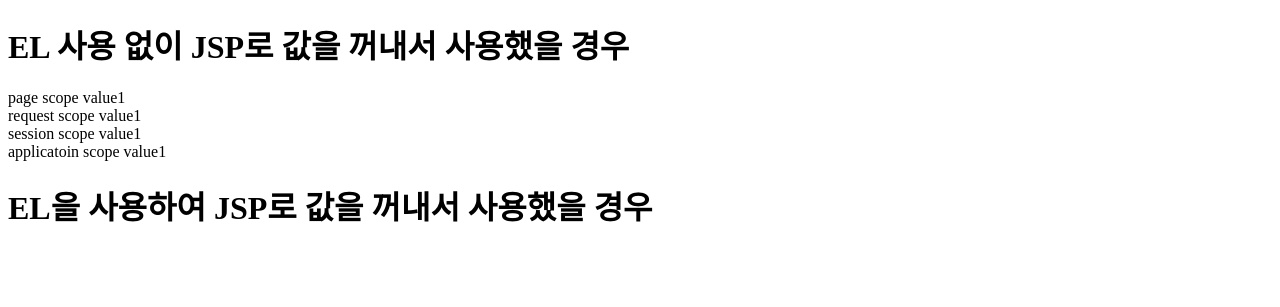
Repository: SHIN-HANBEEN/boostcourse
Page: http://localhost/firstweb/el01.jsp
An editor plug-in stored every save of this project. The page is shown before and after the next save, followed by the edit.
The browser window is 1280 px wide. The pictures show the whole page.
The page is served by Tomcat 10.

Above is the page before, as saved 2023-07-18 02:57:04.

After the next save:
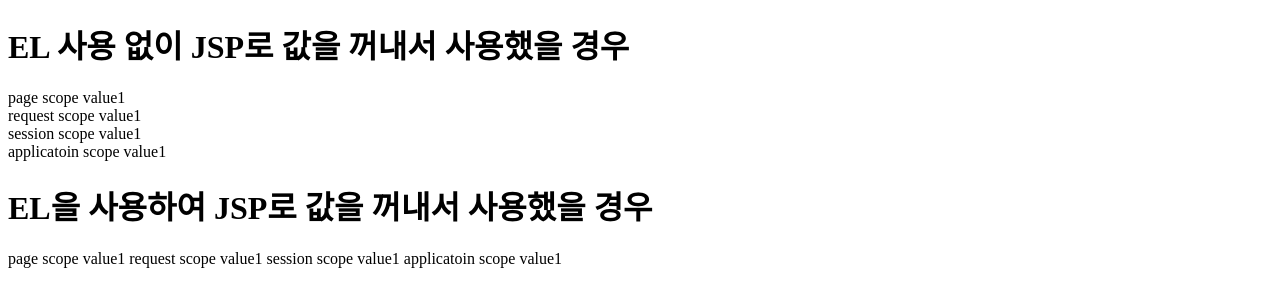
Saved 32 s later.
--- a/firstweb/src/main/webapp/el01.jsp
+++ b/firstweb/src/main/webapp/el01.jsp
@@ -20,6 +20,9 @@
 <%=application.getAttribute("a1") %> <br>
 
 <h1>EL을 사용하여 JSP로 값을 꺼내서 사용했을 경우</h1>
-
+${p1 }
+${r1 }
+${s1 }
+${a1 }
 </body>
 </html>
